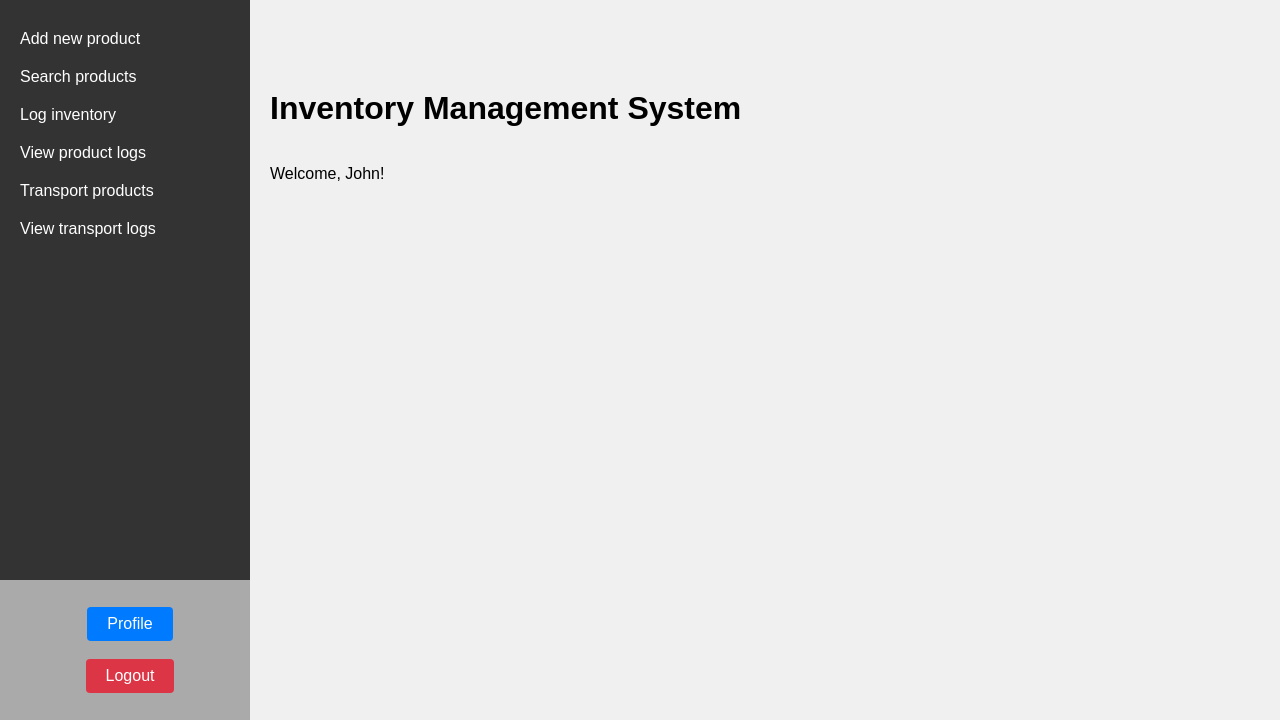
Repository: Warspinix/Flask-Web-Applications
Page: http://localhost/dashboard
These files come from the project's save history. The page is drawn as it stood at one moment and after the next save; the edit follows.
The browser window is 1280 px wide. The pictures show the whole page.
The page is served by the project's application, run on Flask 3 (app.py). The session is filled in as if someone had signed in: {"user_id": 1, "first_name": "John"}.

Above is the page before, as saved 2024-06-13 22:32:29.

### templates/dashboard.html
<!-- dashboard.html -->

<!DOCTYPE html>
<html>

<head>
    <title>Inventory Management System</title>
    <link rel="stylesheet" type="text/css" href="{{ url_for('static', filename='style.css') }}">
</head>

<body>
    <div class="container">
        <!-- Navigation Bar -->
        <nav class="navbar" id="navbar">
            <div class="navbar-container">
                <!-- Functionality list -->
                <ul class="navbar-menu" id="menu">
                    <li><a href="{{ url_for('add_product') }}">Add new product</a></li>
                    <li><a href="{{ url_for('search_products') }}">Search products</a></li>
                    <li><a href="{{ url_for('log_inventory') }}">Log inventory</a></li>
                    <li><a href="{{ url_for('view_product_logs') }}">View product logs</a></li>
                    <li><a href="{{ url_for('transport_products') }}">Transport products</a></li>
                    <li><a href="{{ url_for('view_transport_logs') }}">View transport logs</a></li>
                </ul>

                <div class="profile-logout">
                    <a href="{{ url_for('profile') }}" class="btn btn-primary">Profile</a><br>
                    <a href="{{ url_for('logout') }}" class="btn btn-danger">Logout</a>
                </div>
            </div>
        </nav>
        <div class="content">
            <h1>Inventory Management System</h1>

            <!-- Welcome message -->
            <p>Welcome, {{ first_name }}!</p>
        </div>
    </div>
</body>

</html>

### app.py
from flask import Flask, render_template, redirect, url_for, flash, session
import flask_mysqldb
from flask_wtf import FlaskForm
from wtforms import StringField, PasswordField, SubmitField, IntegerField, SelectField
from wtforms.validators import DataRequired, NumberRange, Optional
import os
import datetime
from flask_bcrypt import Bcrypt

secret_key = os.urandom(24).hex()

app = Flask(__name__)
app.config["SECRET_KEY"] = secret_key
app.config["MYSQL_HOST"] = "localhost"
app.config["MYSQL_USER"] = "root"
app.config["MYSQL_PASSWORD"] = ""
app.config["MYSQL_DB"] = "inventory"

bcrypt = Bcrypt(app)

mysql = flask_mysqldb.MySQL(app)

class RegistrationForm(FlaskForm):
    email = StringField("Email", validators=[DataRequired()])
    first_name = StringField("First Name", validators=[DataRequired()])
    last_name = StringField("Last Name", validators=[DataRequired()])
    password = PasswordField("Password", validators=[DataRequired()])
    submit = SubmitField("Register")

class LoginForm(FlaskForm):
    user_id = StringField("User ID", validators=[DataRequired()])
    password = PasswordField("Password", validators=[DataRequired()])
    submit = SubmitField("Login")

class AddProductForm(FlaskForm):
    product_name = StringField("Product Name", validators=[DataRequired()])
    submit = SubmitField("Add Product")

class SearchForm(FlaskForm):
    search_by = StringField("Search by", validators=[DataRequired()])
    search_term = StringField("Search term", validators=[DataRequired()])
    submit = SubmitField("Search")

class AddToInventoryForm(FlaskForm):
    product_id = StringField("Product ID", validators=[DataRequired()])
    quantity_added = StringField("Quantity to add", validators=[DataRequired()])
    submit = SubmitField("Add to Inventory")

from flask_wtf import FlaskForm
from wtforms import SelectField, StringField, SubmitField
from wtforms.validators import DataRequired, Optional

class ViewProductLogsForm(FlaskForm):
    search_by = SelectField("Search by", choices=[
        ('', 'Select option'),
        ('id', 'Product ID'),
        ('month', 'Month'),
        ('both', 'Both')
    ], validators=[DataRequired()])
    product_id = StringField("Product ID", validators=[Optional()])
    month = SelectField("Select month", choices=[
        ('', 'Select month'),
        ('1', 'January'), ('2', 'February'), ('3', 'March'), ('4', 'April'),
        ('5', 'May'), ('6', 'June'), ('7', 'July'), ('8', 'August'),
        ('9', 'September'), ('10', 'October'), ('11', 'November'), ('12', 'December')
    ], validators=[Optional()])
    submit = SubmitField("View Logs")


class TransportForm(FlaskForm):
    product_id = IntegerField('Product ID', validators=[DataRequired(), NumberRange(min=1)])
    quantity_transported = IntegerField('Quantity to transport', validators=[DataRequired(), NumberRange(min=1)])
    submit = SubmitField('Transport')

class ViewTransportLogsForm(FlaskForm):
    search_by = SelectField("Search by", choices=[('', 'Select option'), ('id', 'Product ID'), ('month', 'Month'), ('both', 'Both')], validators=[DataRequired()])
    product_id = StringField("Product ID", validators=[Optional()])
    month = StringField("Select month", validators=[Optional()])
    submit = SubmitField("View Logs")


@app.route("/")
def index():
    return render_template("index.html")

@app.route("/register", methods=["GET", "POST"])
def register():
    form = RegistrationForm()
    if form.validate_on_submit():
        cur = mysql.connection.cursor()
        cur.execute("SELECT COUNT(*) FROM users")
        count = cur.fetchone()[0] + 1
        user_id = str(datetime.date.today().year) + str(count).zfill(3)
        registration_date = datetime.date.today()
        registration_time = datetime.datetime.now().time()
        hashed_password = bcrypt.generate_password_hash(form.password.data).decode('utf-8')
        cur.execute("INSERT INTO users (id, email, first_name, last_name, password, registration_date, registration_time) VALUES (%s, %s, %s, %s, %s, %s, %s)",
                    (user_id, form.email.data, form.first_name.data, form.last_name.data, hashed_password, registration_date, registration_time))
        mysql.connection.commit()
        # flash("Registration successful! You will be redirected to the home page in 3 seconds.")
        # return render_template("register_success.html")
        return redirect(url_for("index"))
    return render_template("register.html", form=form)

@app.route("/login", methods=["GET", "POST"])
def login():
    form = LoginForm()
    if form.validate_on_submit():
        cur = mysql.connection.cursor()
        print(form.user_id.data)
        print(form.password.data)
        cur.execute("SELECT password, first_name FROM users WHERE email = %s", (form.user_id.data,))
        result = cur.fetchone()
        print(result)
        if result:
            hashed_password = result[0]
            if bcrypt.check_password_hash(hashed_password, form.password.data):
                session['user_id'] = form.user_id.data
                session['first_name'] = result[1]  # Store first name in session
                return redirect(url_for("dashboard"))
            else:
                flash("Invalid user ID or password")
        else:
            flash("Invalid user ID or password")
    return render_template("login.html", form=form)

@app.route("/logout")
def logout():
    session.pop('user_id', None)
    session.pop('first_name', None)
    return redirect(url_for("index"))

@app.route("/dashboard")
def dashboard():
    if 'user_id' not in session:
        return redirect(url_for("login"))
    return render_template("dashboard.html", user_id=session['user_id'], first_name=session['first_name'])

@app.route("/profile")
def profile():
    if 'user_id' not in session:
        return redirect(url_for("login"))
    cur = mysql.connection.cursor()
    cur.execute("SELECT email, first_name, last_name, registration_date FROM users WHERE id = %s", (session['user_id'],))
    result = cur.fetchone()
    if result:
        return render_template("profile.html", email=result[0], first_name=result[1], last_name=result[2], registration_date=result[3])
    else:
        flash("User not found")
        return redirect(url_for("dashboard"))

@app.route("/add_product", methods=["GET", "POST"])
def add_product():
    if 'user_id' not in session:
        return redirect(url_for("login"))
    form = AddProductForm()
    if form.validate_on_submit():
        cur = mysql.connection.cursor()
        cur.execute("INSERT INTO products (name, quantity) VALUES (%s, %s)",
                    (form.product_name.data, 0))
        mysql.connection.commit()
        cur.execute("SELECT id FROM products ORDER BY id DESC LIMIT 1")
        product_id = cur.fetchone()[0]
        flash("Product added successfully! Product ID is " + str(product_id))
    return render_template("add_product.html", form=form, user_id=session['user_id'], first_name=session['first_name'])

@app.route("/search_products", methods=["GET", "POST"])
def search_products():
    if 'user_id' not in session:
        return redirect(url_for("login"))
    form = SearchForm()
    if form.validate_on_submit():
        cur = mysql.connection.cursor()
        if form.search_by.data == "id":
            cur.execute("SELECT * FROM products WHERE id = %s", (form.search_term.data,))
        else:
            cur.execute("SELECT * FROM products WHERE name LIKE %s", ("%" + form.search_term.data + "%",))
        products = cur.fetchall()
        return render_template("search_products.html", form=form, products=products, user_id=session['user_id'], first_name=session['first_name'])
    return render_template("search_products.html", form=form, user_id=session['user_id'], first_name=session['first_name'])

@app.route("/log_inventory", methods=["GET", "POST"])
def log_inventory():
    if 'user_id' not in session:
        return redirect(url_for("login"))
    form = AddToInventoryForm()
    if form.validate_on_submit():
        cur = mysql.connection.cursor()
        cur.execute("SELECT quantity FROM products WHERE id = %s", (form.product_id.data,))
        result = cur.fetchone()
        if result:
            new_quantity = result[0] + int(form.quantity_added.data)
            cur.execute("UPDATE products SET quantity = %s WHERE id = %s", (new_quantity, form.product_id.data))
            mysql.connection.commit()
            cur.execute("INSERT INTO products_log (product_id, quantity_added, log_date, log_time, user_id) VALUES (%s, %s, %s, %s, %s)",
                        (form.product_id.data, form.quantity_added.data, datetime.date.today(), datetime.datetime.now().time(), session['user_id']))
            mysql.connection.commit()
            flash("Inventory updated successfully!")
        else:
            flash("Product not found")
    return render_template("log_inventory.html", form=form, user_id=session['user_id'], first_name=session['first_name'])

@app.route("/view_product_logs", methods=["GET", "POST"])
def view_product_logs():
    if 'user_id' not in session:
        return redirect(url_for("login"))

    form = ViewProductLogsForm()
    product_logs = None

    if form.validate_on_submit():
        search_by = form.search_by.data
        product_id = form.product_id.data
        month = form.month.data

        query = """SELECT pl.product_id, p.name, pl.quantity_added, pl.log_date, pl.log_time,
                          CONCAT(u.first_name, ' ', u.last_name) AS full_name
                   FROM products_log pl
                   JOIN products p ON pl.product_id = p.id
                   JOIN users u ON pl.user_id = u.id"""
        conditions = []
        params = []

        if search_by == 'id':
            conditions.append("pl.product_id = %s")
            params.append(product_id)
        elif search_by == 'month':
            conditions.append("MONTH(pl.log_date) = %s")
            params.append(month)
        elif search_by == 'both':
            conditions.append("pl.product_id = %s AND MONTH(pl.log_date) = %s")
            params.append(product_id)
            params.append(month)

        if conditions:
            query += " WHERE " + " AND ".join(conditions)

        cur = mysql.connection.cursor()
        cur.execute(query, tuple(params))
        product_logs = cur.fetchall()

    return render_template("view_product_logs.html", form=form, product_logs=product_logs, user_id=session['user_id'], first_name=session['first_name'])

@app.route("/transport_products", methods=["GET", "POST"])
def transport_products():
    if 'user_id' not in session:
        return redirect(url_for("login"))
    form = TransportForm()
    if form.validate_on_submit():
        cur = mysql.connection.cursor()
        cur.execute("SELECT quantity FROM products WHERE id = %s", (form.product_id.data,))
        result = cur.fetchone()
        if result:
            current_quantity = result[0]
            if current_quantity >= form.quantity_transported.data:
                new_quantity = current_quantity - form.quantity_transported.data
                cur.execute("UPDATE products SET quantity = %s WHERE id = %s", (new_quantity, form.product_id.data))
                mysql.connection.commit()
                cur.execute("INSERT INTO transports_log (product_id, user_id, quantity_transported, log_date, log_time) VALUES (%s, %s, %s, %s, %s)",
                            (form.product_id.data, session['user_id'], form.quantity_transported.data, datetime.date.today(), datetime.datetime.now().time()))
                mysql.connection.commit()
                flash("Product transported successfully!")
            else:
                flash("Not enough quantity in stock")
        else:
            flash("Product not found")
    return render_template("transport_products.html", form=form, user_id=session['user_id'], first_name=session['first_name'])

@app.route("/view_transport_logs", methods=["GET", "POST"])
def view_transport_logs():
    if 'user_id' not in session:
        return redirect(url_for("login"))
    form = ViewTransportLogsForm()
    transport_logs = None
    if form.validate_on_submit():
        search_by = form.search_by.data
        product_id = form.product_id.data
        month = form.month.data

        query = """SELECT tl.id, tl.product_id, p.name, tl.quantity_transported, tl.log_date, tl.log_time,
                          CONCAT(u.first_name, ' ', u.last_name) AS full_name
                   FROM transports_log tl
                   JOIN products p ON tl.product_id = p.id
                   JOIN users u ON tl.user_id = u.id"""
        params = []

        if search_by == 'id':
            query += " WHERE tl.product_id = %s"
            params.append(product_id)
        elif search_by == 'month':
            query += " WHERE MONTH(tl.log_date) = %s"
            params.append(month)
        elif search_by == 'both':
            query += " WHERE tl.product_id = %s AND MONTH(tl.log_date) = %s"
            params.append(product_id)
            params.append(month)

        cur = mysql.connection.cursor()
        cur.execute(query, tuple(params))
        transport_logs = cur.fetchall()

    return render_template("view_transport_logs.html", form=form, transport_logs=transport_logs, user_id=session['user_id'], first_name=session['first_name'])

if __name__ == "__main__":
    app.run(debug=True)

### static/style.css
/* Reset default styles */
* {
    margin: 0;
    padding: 0;
    box-sizing: border-box;
}

body {
    font-family: Arial, sans-serif;
    background-color: #f0f0f0;
    display: flex;
    flex-direction: column;
    min-height: 100vh;
}

h1 {
    padding-bottom: 1.2em;
}

/* Navigation Bar styles */
.navbar {
    background-color: #333;
    color: #fff;
    position: fixed;
    width: 250px; /* Set the width */
    height: 100%;
    top: 0;
    left: 0;
    z-index: 1000;
    transition: all 0.3s ease;
}

.navbar-container {
    display: flex;
    flex-direction: column;
    height: 100%;
}

.navbar-header {
    display: flex;
    align-items: center;
    justify-content: space-between; /* Adjust spacing */
    margin-bottom: 20px; /* Adjust spacing */
}

.navbar-brand {
    color: #fff;
    text-decoration: none;
    font-size: 1.5rem;
    margin-left: 10px;
}

.navbar-menu {
    list-style-type: none;
    display: flex;
    height: 80svh;
    /* padding: 10px 20px; */
    flex-direction: column;
    margin-top: 20px; /* Push menu items to the bottom */
}

.navbar-menu li {
    margin-right: 0; /* Remove margin */
}

.navbar-menu li a {
    color: #fff;
    text-decoration: none;
}

.navbar-menu li {
    padding: 10px 20px;
    transition: color 0.3s ease;
}

.navbar-menu li:hover {
    background-color: #007bff;
}

/* Profile and logout buttons */
.profile-logout {
    display: flex;
    flex-direction: column;
    background-color: #aaa;
    align-items: center;
    justify-content: center;
    text-align: right;
    padding: 10px 40px;
    height: 20svh;
}

.profile-logout a {
    color: #fff;
    text-decoration: none;
    padding: 8px 20px;
    border-radius: 4px;
    margin-left: 10px;
    transition: background-color 0.3s ease;
}

.profile-logout a.btn {
    color: #fff;
    text-decoration: none;
    padding: 8px 20px;
    border-radius: 4px;
    transition: background-color 0.3s ease;
}

.profile-logout a.btn-primary {
    background-color: #007bff;
}

.profile-logout a.btn-danger {
    background-color: #dc3545;
}

.profile-logout a.btn:hover {
    background-color: #0056b3;
}


/* Menu toggle button */
.menu-toggle {
    background: none;
    border: none;
    cursor: pointer;
    display: none;
    padding: 5px;
    position: absolute;
    top: 10px;
    right: 10px;
    z-index: 1500;
}

.menu-toggle span {
    background-color: #fff;
    display: block;
    height: 2px;
    margin-bottom: 4px;
    transition: transform 0.2s ease, background-color 0.2s ease;
    width: 20px;
}

.menu-toggle span:nth-child(1) {
    transform: translateY(6px) rotate(45deg);
}

.menu-toggle span:nth-child(2) {
    opacity: 0;
}

.menu-toggle span:nth-child(3) {
    transform: translateY(-6px) rotate(-45deg);
}

@media screen and (max-width: 768px) {
    .navbar {
        width: 250px;
        transform: translateX(-100%);
        transition: transform 0.3s ease;
    }

    .navbar.active {
        transform: translateX(0);
    }

    .navbar-container {
        flex-direction: row;
    }

    .navbar-header {
        margin-bottom: 20px; /* Adjust spacing */
        width: 100%;
        display: flex;
        justify-content: space-between;
    }

    .navbar-brand {
        margin-bottom: 0; /* Adjust spacing */
    }

    .navbar-menu {
        flex-direction: column;
        margin-top: 0;
        width: 100%;
    }

    .navbar-menu.active {
        flex-direction: column;
    }

    .menu-toggle {
        display: block;
    }

    .profile-logout a {
        margin-left: 10px;
        margin-bottom: 0;
    }
}

/* Side Navigation for small screens */
.side-nav {
    position: fixed;
    top: 0;
    left: -250px;
    width: 250px;
    height: 100%;
    background-color: #333;
    transition: all 0.3s ease;
    z-index: 1200;
}

.side-nav.active {
    left: 0;
}

.side-nav ul {
    list-style-type: none;
    padding: 0;
    margin: 20px 0;
}

.side-nav ul li {
    padding: 10px;
    border-bottom: 1px solid #666;
}

.side-nav ul li a {
    color: #fff;
    text-decoration: none;
    display: block;
    transition: all 0.3s ease;
}

.side-nav ul li a:hover {
    background-color: #007bff;
}

/* Content area */
.content {
    margin-left: 250px; /* Width of the side nav */
    margin-top: 70px;
    padding: 20px;
    flex: 1;
}

/* Form styles */
form {
    background-color: #fff;
    padding: 20px;
    border-radius: 8px;
    box-shadow: 0 4px 6px rgba(0, 0, 0, 0.1);
}

form label {
    font-weight: bold;
}

form input[type="number"],
form select {
    padding: 8px;
    margin-top: 5px;
    width: 100%;
    border: 1px solid #ccc;
    border-radius: 4px;
}

form input[type="submit"] {
    background-color: #007bff;
    color: #fff;
    border: none;
    padding: 10px 20px;
    cursor: pointer;
    margin-top: 10px;
    border-radius: 4px;
    transition: background-color 0.3s ease;
}

form input[type="submit"]:hover {
    background-color: #0056b3;
}

/* Table styles */
table {
    width: 100%;
    margin-top: 20px;
    border-collapse: collapse;
    border-radius: 8px;
    overflow: hidden;
    box-shadow: 0 4px 6px rgba(0, 0, 0, 0.1);
}

table th, table td {
    padding: 12px 15px;
    text-align: left;
    border-bottom: 1px solid #ddd;
}

table th {
    background-color: #007bff;
    color: #fff;
}

After the next save:
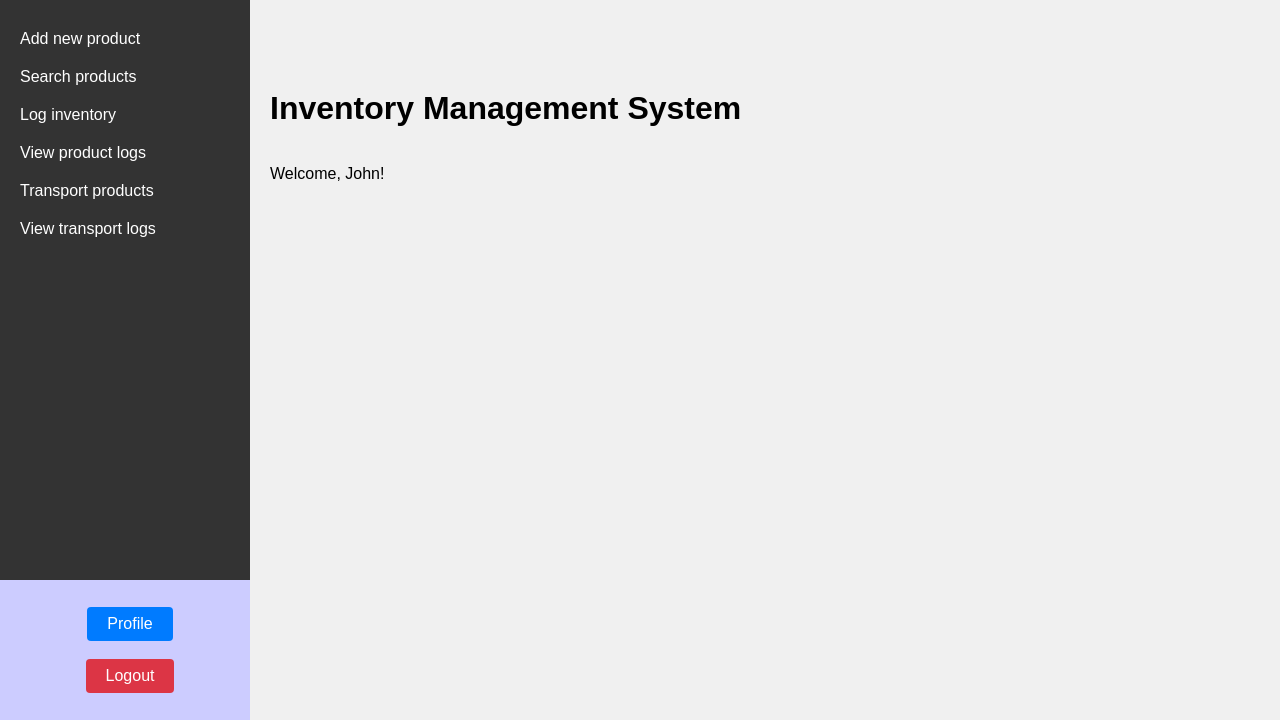
Saved 22 s later.
--- a/static/style.css
+++ b/static/style.css
@@ -81,7 +81,7 @@ h1 {
 .profile-logout {
     display: flex;
     flex-direction: column;
-    background-color: #aaa;
+    background-color: #ccf;
     align-items: center;
     justify-content: center;
     text-align: right;
